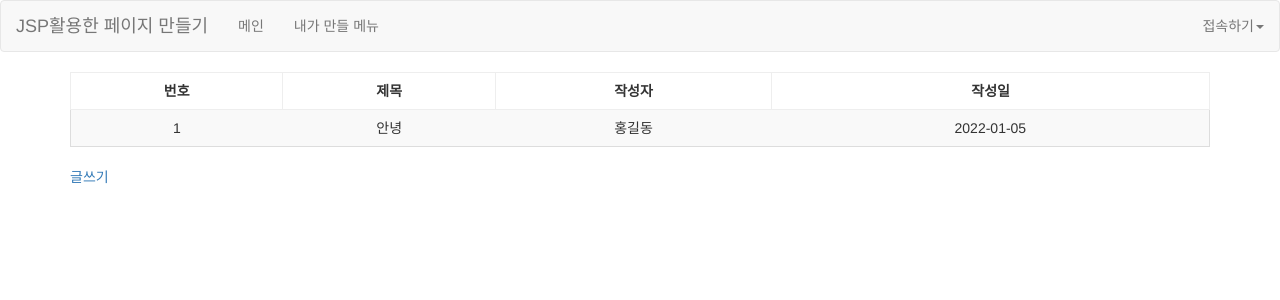
Repository: taeillee1/Newstudy
Page: http://localhost/SpringMVCJava/WEB-INF/views/Mymenu.jsp
These files come from the project's save history. The page is drawn as it stood at one moment and after the next save; the edit follows.
The browser window is 1280 px wide. The pictures show the whole page.
Some web libraries are served in a nearby version. The page is served by Tomcat 9. Nobody is signed in. The template is opened directly, without the code that normally fills it, so the values that code supplies are empty.

Above is the page before, as saved 2022-01-05 10:05:00.

After the next save:
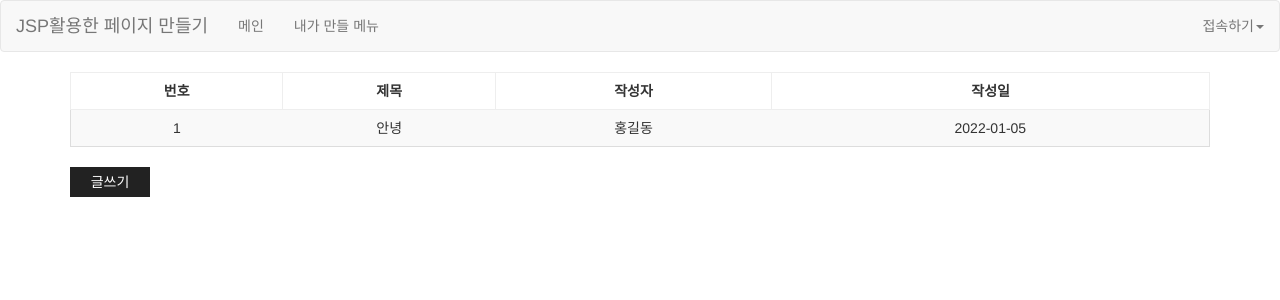
Saved 2 min 30 s later.
--- a/Newpage/SpringMVCJava/src/main/webapp/WEB-INF/views/Mymenu.jsp
+++ b/Newpage/SpringMVCJava/src/main/webapp/WEB-INF/views/Mymenu.jsp
@@ -12,6 +12,14 @@
 	.hi{
 		background-color:yellow;
 		font-size:30px;
+	}
+	.bye{
+		display:block;
+	    width:80px;
+	    line-height:30px;
+	    text-align:center;
+	    background-color:#222;
+	    color:#fff;
 	}
 </style>
 </head>
